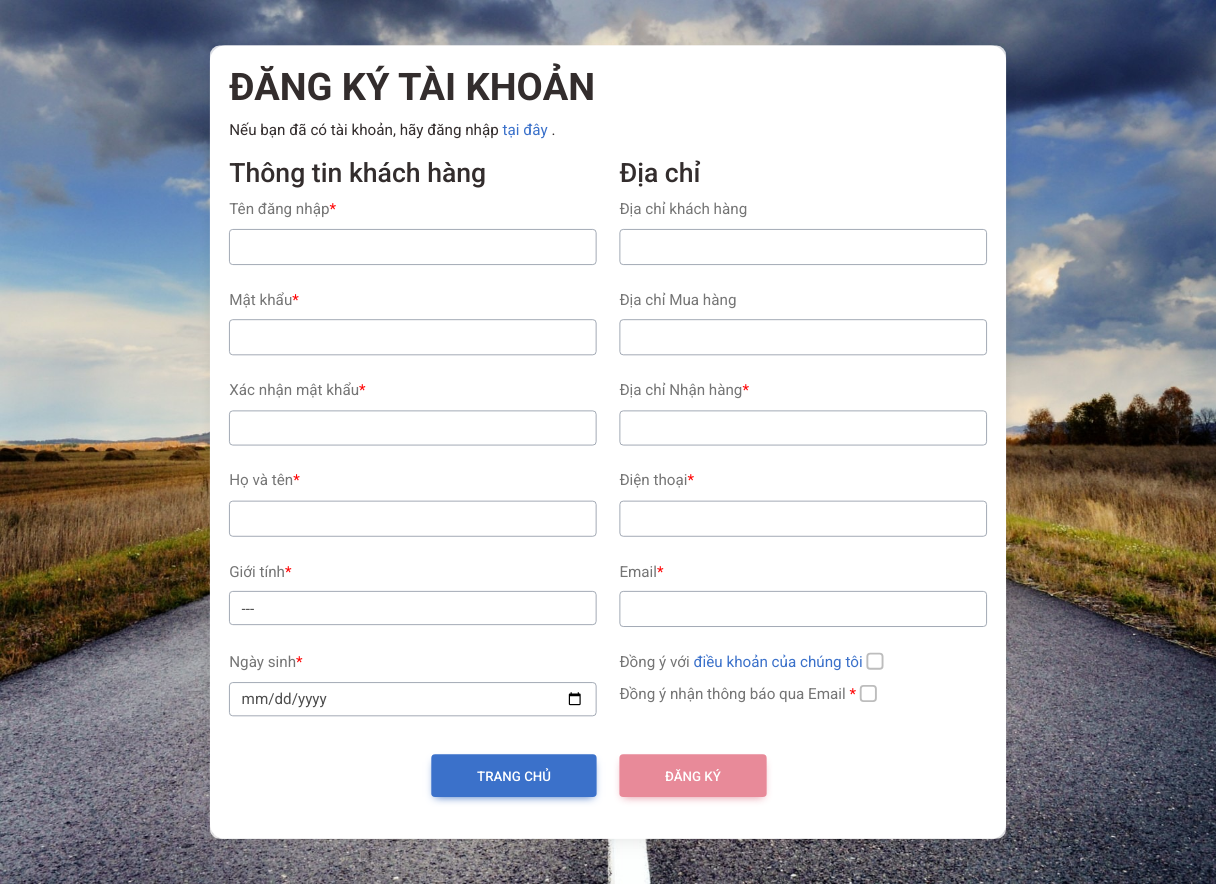
Repository: famtwendev/JSP_workspace
Page: http://localhost/Bai25_Bookstore12_TaoLayoutChoWebsite/KhachHang/dangky.jsp
An editor plug-in stored every save of this project. The page is shown before and after the next save, followed by the edit.
The browser window is 1280 px wide. The pictures show the whole page, at 95% of full size.
The page is served by Tomcat 9. Other server files are loaded and not shown. The template is opened directly, without the code that normally fills it, so the values that code supplies are empty.

Above is the page before, as saved 2024-03-25 17:35:40.
Console error: SyntaxError: Cannot use import statement outside a module

### Bai25_Bookstore12_TaoLayoutChoWebsite/src/main/webapp/KhachHang/dangky.jsp
<%@page import="model.KhachHang"%>
<%@ page language="java" contentType="text/html; charset=UTF-8" pageEncoding="UTF-8"%>
<!DOCTYPE html>
<html>
<head>
<meta charset="UTF-8">
<meta name="viewport" content="width=device-width, initial-scale=1.0" shrink-to-fit=no">
<title>Thay đổi thông tin</title>

<!-- MDB icon -->
<link rel="icon" href="img/mdb-favicon.ico" type="image/x-icon" />
<!-- Font Awesome -->
<link rel="stylesheet"
	href="https://cdnjs.cloudflare.com/ajax/libs/font-awesome/6.0.0/css/all.min.css" />
<!-- Google Fonts Roboto -->
<link rel="stylesheet"
	href="https://fonts.googleapis.com/css2?family=Roboto:wght@300;400;500;700;900&display=swap" />
<%
String url = request.getScheme() + "://" + request.getServerName() + ":" + request.getServerPort()
		+ request.getContextPath();
%>
<!-- MAIN CSS -->
<link rel="stylesheet" href="<%=url%>/css/maincs.css">
<link rel="stylesheet" href="<%=url%>/css/mdb.min.css">

<%
// Thiết lập biến session để xác định rằng trang đã được chuyển hướng từ một trang khác
session.setAttribute("redirectedFromAnotherPage", true);
%>
</head>
<body>
	<%
	Object objKH = session.getAttribute("khachHang");
	KhachHang khachHang = null;
	if (objKH != null)
		khachHang = (KhachHang) objKH;
	if (khachHang != null) {
		response.sendRedirect("./index.jsp"); // Thay "index.jsp" bằng URL của trang chính
	} else {
	%>
	<!-- Section: Design Block -->
	<section>
		<%
		String e_email = request.getAttribute("e_email") + "";
		e_email = (e_email.equals("null")) ? "" : e_email;

		String e_emailFormat = request.getAttribute("e_emailFormat") + "";
		e_emailFormat = (e_emailFormat.equals("null")) ? "" : e_emailFormat;

		String e_tenDangNhap = request.getAttribute("e_tenDangNhap") + "";
		e_tenDangNhap = (e_tenDangNhap.equals("null")) ? "" : e_tenDangNhap;

		String e_matKhau = request.getAttribute("e_matKhau") + "";
		e_matKhau = (e_matKhau.equals("null")) ? "" : e_matKhau;

		String tenDangNhap = request.getAttribute("tenDangNhap") + "";
		tenDangNhap = (tenDangNhap.equals("null")) ? "" : tenDangNhap;

		String hoVaTen = request.getAttribute("hoVaTen") + "";
		hoVaTen = (hoVaTen.equals("null")) ? "" : hoVaTen;

		String gioiTinh = request.getAttribute("gioiTinh") + "";
		gioiTinh = (gioiTinh.equals("null")) ? "" : gioiTinh;

		String ngaySinh = request.getAttribute("ngaySinh") + "";
		ngaySinh = (ngaySinh.equals("null")) ? "" : ngaySinh;

		String diaChiKhachHang = request.getAttribute("diaChiKhachHang") + "";
		diaChiKhachHang = (diaChiKhachHang.equals("null")) ? "" : diaChiKhachHang;

		String diaChiMuaHang = request.getAttribute("diaChiMuaHang") + "";
		diaChiMuaHang = (diaChiMuaHang.equals("null")) ? "" : diaChiMuaHang;

		String diaChiNhanHang = request.getAttribute("diaChiNhanHang") + "";
		diaChiNhanHang = (diaChiNhanHang.equals("null")) ? "" : diaChiNhanHang;

		String dienThoai = request.getAttribute("dienThoai") + "";
		dienThoai = (dienThoai.equals("null")) ? "" : dienThoai;

		String email = request.getAttribute("email") + "";
		email = (email.equals("null")) ? "" : email;

		String dongYNhanEmail = request.getAttribute("dongYNhanEmail") + "";
		dongYNhanEmail = (dongYNhanEmail.equals("null")) ? "" : dongYNhanEmail;
		%>
		<!-- neu block thi dung <div class = "container py-4 vh-100">  -->
		<div class="card-body py-5 h-100">
			<div class="container-fluid d-flex justify-content-center align-items-center">
				<div class="col-12 col-md-8 col-lg-6 col-xl-8">
					<div class="card text-dark" style="border-radius: 1rem;">
						<form id="myForm" class="form needs-validation m-0" action="<%=url%>/khach-hang" method="post">
							<input type="hidden" name="hanhDong" value="dang-ky">
							<h1 class="fw-bold">ĐĂNG KÝ TÀI KHOẢN</h1>
							<!-- 2 column grid layout with text inputs for the first and last names -->
							<p>
								Nếu bạn đã có tài khoản, hãy đăng nhập
								<a href="./dangnhap.jsp">tại đây</a>
								.
							</p>
							<div class="row">
								<div class="col-md-6 mb-4">
									<h3 class="mb-2">Thông tin khách hàng</h3>
									<div class="form-outline">
										<label for="tenDangNhap" class="form-label">Tên đăng nhập<span
											class="red">* <%=e_tenDangNhap%></span></label>
										<input type="text" class="form-control border border-secondary" id="tenDangNhap"
											name="tenDangNhap" required="required" value="<%=tenDangNhap%>">
									</div>
								</div>

								<div class="col-md-6 mb-4">
									<h3 class="mb-2">Địa chỉ</h3>
									<div class="form-outline">
										<label for="diaChiKhachHang" class="form-label">Địa chỉ khách hàng</label>
										<input type="text" class="form-control border border-secondary"
											id="diaChiKhachHang" name="diaChiKhachHang" value="<%=diaChiKhachHang%>">
									</div>
								</div>
							</div>


							<div class="row">
								<div class="col-md-6 mb-4">
									<div class="form-outline">
										<label for="matKhau" class="form-label">Mật khẩu<span class="red">* <%=e_matKhau%></span></label>
										<input type="password" class="form-control border border-secondary" id="matKhau"
											name="matKhau" required="required" onkeyup="kiemTraMatKhau()">
									</div>
								</div>
								<div class="col-md-6 mb-4">
									<div class="form-outline">
										<label for="diaChiMuaHang" class="form-label">Địa chỉ Mua hàng</label>
										<input type="text" class="form-control border border-secondary"
											id="diaChiMuaHang" name="diaChiMuaHang" value="<%=diaChiMuaHang%>">
									</div>
								</div>
							</div>


							<div class="row">
								<div class="col-md-6 mb-4">
									<div class="form-outline">
										<label for="matKhauNhapLai" class="form-label">Xác nhận mật khẩu<span
											class="red">*</span><span class="red" id="msg"></span>
										</label>
										<input type="password" class="form-control border border-secondary"
											id="matKhauNhapLai" name="matKhauNhapLai" required="required"
											onkeyup="kiemTraMatKhau()">
									</div>
								</div>
								<div class="col-md-6 mb-4">
									<div class="form-outline">
										<label for="diaChiNhanHang" class="form-label">Địa chỉ Nhận hàng<span
											class="red">*</span>
										</label>
										<input type="text" class="form-control border border-secondary"
											id="diaChiNhanHang" name="diaChiNhanHang" value="<%=diaChiNhanHang%>">
									</div>
								</div>
							</div>

							<div class="row">
								<div class="col-md-6 mb-4">
									<div class="form-outline">
										<label for="hoVaTen" class="form-label">Họ và tên<span class="red">*</span></label>
										<input type="text" class="form-control border border-secondary" id="hoVaTen"
											name="hoVaTen" value="<%=hoVaTen%>" required="required">
									</div>
								</div>
								<div class="col-md-6 mb-4">
									<div class="form-outline">
										<label for="dienThoai" class="form-label">Điện thoại<span class="red">*</span></label>
										<input type="tel" class="form-control border border-secondary" id="dienThoai"
											name="dienThoai" value="<%=dienThoai%>">
									</div>
								</div>
							</div>
							<div class="row">
								<div class="col-md-6 mb-4">
									<label for="gioiTinh" class="form-label">Giới tính<span class="red">*</span></label>
									<select class="form-control border border-secondary" id="gioiTinh"
										name="gioiTinh" required="required">
										<option selected disabled hidden>---</option>
										<option value="Nam" <%=(gioiTinh.equals("Nam")) ? "selected='selected'" : ""%>>Nam</option>
										<option value="Nữ" <%=(gioiTinh.equals("Nữ")) ? "selected='selected'" : ""%>>Nữ</option>
										<option value="Khác" <%=(gioiTinh.equals("Khác")) ? "selected='selected'" : ""%>>Khác</option>
									</select>
								</div>
								<div class="col-md-6 mb-4">
									<div class="form-outline">
										<label for="email" class="form-label">Email<span class="red">* <%=e_email%>
												<%=e_emailFormat%></span></label>
										<input type="email" class="form-control border border-secondary" id="email"
											name="email" value="<%=email%>">
									</div>
								</div>
							</div>
							<div class="row">
								<div class="col-md-6 mb-4">
									<label for="ngaySinh" class="form-label">Ngày sinh<span class="red">*</span></label>
									<input type="date" class="form-control border border-secondary" id="ngaySinh"
										name="ngaySinh" value="<%=ngaySinh%>" required="required">
								</div>
								<div class="col-md-6 mb-4">
									<div>
										<label for="dongYDieuKhoan" class="form-label">Đồng ý với <a href="#">điều
												khoản của chúng tôi </a>
										</label>
										<input type="checkbox" class="form-check-input" id="dongYDieuKhoan"
											name="dongYDieuKhoan">
									</div>

									<div>
										<label for="dongYNhanEmail" class="form-label">Đồng ý nhận thông báo qua
											Email <span class="red">*</span>
										</label>
										<input type="checkbox" class="form-check-input" id="dongYNhanEmail"
											name="dongYNhanEmail" <%=(dongYNhanEmail.equals("1")) ? "checked" : ""%>>
									</div>
								</div>
							</div>
							<div class="row justify-content-center align-items-center">
								<div class="col-md-6 mb-4" style="text-align: right;">
									<!-- Nút button về trang chủ -->
									<a href="../index.jsp" class="btn btn-primary btn-lg px-5 mt-3"> Trang chủ </a>
								</div>
								<!-- Sử dụng lưới bootstrap -->
								<div class="col-md-6 mb-4">
									<input class="btn btn-danger btn-lg px-5 mt-3" type="submit" value="Đăng ký"
										name="submit" id="submit" disabled>
								</div>
							</div>

						</form>
					</div>
				</div>
			</div>
		</div>
	</section>

	<!-- function js -->
	<script src="<%=url%>/js/mainjs.js"></script>

	<!-- MDB -->
	<script type="text/javascript" src="<%=url%>/js/mdb.umd.min.js"></script>
	<script type="text/javascript">// Initialization for ES Users
    import { Input, initMDB } from "mdb-ui-kit";
    initMDB({ Input });
</script>
	<%
	}
	%>
	<!-- Section: Design Block -->
	<!-- <script>
	function kiemTraMatKhau() {
		matKhau = document.getElementById("matKhau").value;
		matKhauNhapLai = document.getElementById("matKhauNhapLai").value;
		if (matKhau != matKhauNhapLai) {
			document.getElementById("msg").textContent = "  Mật khẩu không khớp!";
			return false;
		} else {
			document.getElementById("msg").textContent = "";
			return true;
		}
	}
</script>  -->
</body>
</html>

### Bai25_Bookstore12_TaoLayoutChoWebsite/src/main/webapp/css/maincs.css
@charset "UTF-8";
body {
	margin: 0;
	padding: 0;
	background-image: url(../img/background.jpg);
	/* Đường dẫn đến hình nền */
	background-size: cover;
}

.red {
	color: red;
}

form {
	background-color: rgba(255, 255, 255, 0.8); /* Màu nền trong suốt */
	margin-top: 5rem;
	padding: 20px;
	border-radius: 10px;
}

### Bai25_Bookstore12_TaoLayoutChoWebsite/src/main/webapp/js/mainjs.js
/**
 *
 */

// Gọi hàm kiểm tra dữ liệu khi tài liệu được tải hoàn toàn
document.addEventListener('DOMContentLoaded', function() {
    kiemTraDuLieu(); // Gọi hàm kiểm tra dữ liệu khi tài liệu được tải hoàn toàn

    // Gán sự kiện cho các phần tử HTML
    document.getElementById('tenDangNhap').addEventListener('keyup', kiemTraDuLieu);
    document.getElementById('matKhau').addEventListener('keyup', kiemTraDuLieu);
    document.getElementById('matKhauNhapLai').addEventListener('keyup', kiemTraDuLieu);
    document.getElementById('hoVaTen').addEventListener('keyup', kiemTraDuLieu);
    document.getElementById('gioiTinh').addEventListener('change', kiemTraDuLieu);
    document.getElementById('ngaySinh').addEventListener('change', kiemTraDuLieu);
    document.getElementById('diaChiNhanHang').addEventListener('keyup', kiemTraDuLieu);
    document.getElementById('dienThoai').addEventListener('keyup', kiemTraDuLieu);
    document.getElementById('email').addEventListener('keyup', kiemTraDuLieu);
    document.getElementById('dongYDieuKhoan').addEventListener('change', kiemTraDuLieu);
});

// Hàm kiểm tra dữ liệu
function kiemTraDuLieu() {
    // Kiểm tra dữ liệu và điều chỉnh thuộc tính disabled cho nút submit
    var tenDangNhap = document.getElementById('tenDangNhap').value;
    var matKhau = document.getElementById('matKhau').value;
    var matKhauNhapLai = document.getElementById('matKhauNhapLai').value;
    var hoVaTen = document.getElementById('hoVaTen').value;
    var gioiTinh = document.getElementById('gioiTinh').value;
    var ngaySinh = document.getElementById('ngaySinh').value;
    var diaChiNhanHang = document.getElementById('diaChiNhanHang').value;
    var dienThoai = document.getElementById('dienThoai').value;
    var email = document.getElementById('email').value;
    var dongYDieuKhoan = document.getElementById('dongYDieuKhoan').checked;


    if (tenDangNhap.trim() !== '' && matKhau.trim() !== '' && matKhauNhapLai.trim() !== '' &&
        hoVaTen.trim() !== '' && gioiTinh.trim() !== '' && ngaySinh.trim() !== '' &&
        diaChiNhanHang.trim() !== '' && dienThoai.trim() !== '' && email.trim() !== '' &&
        dongYDieuKhoan && kiemTraMatKhau()) {
        document.getElementById('submit').removeAttribute('disabled');
    } else {
        document.getElementById('submit').setAttribute('disabled', 'disabled');
    }
}


function kiemTraMatKhau() {
	matKhau = document.getElementById("matKhau").value;
	matKhauNhapLai = document.getElementById("matKhauNhapLai").value;
	if (matKhau != matKhauNhapLai) {
		document.getElementById("msg").textContent = "  Mật khẩu không khớp!";
		return false;
	} else {
		document.getElementById("msg").textContent = "";
		return true;
	}
}

Loaded but not shown: Bai25_Bookstore12_TaoLayoutChoWebsite/src/main/webapp/css/mdb.min.css (library); Bai25_Bookstore12_TaoLayoutChoWebsite/src/main/webapp/js/mdb.umd.min.js (library)

After the next save:
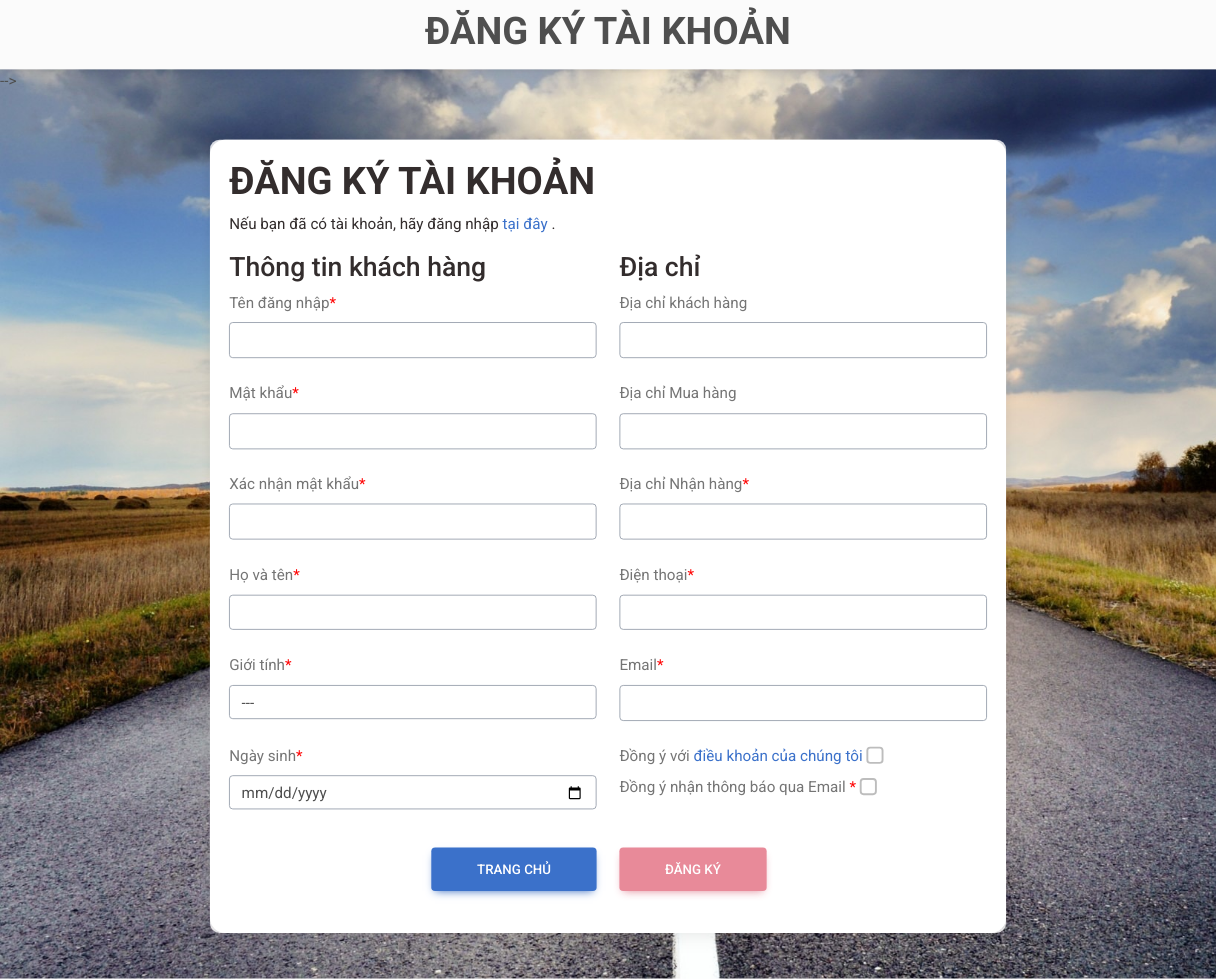
Saved 9 s later.
--- a/Bai25_Bookstore12_TaoLayoutChoWebsite/src/main/webapp/KhachHang/dangky.jsp
+++ b/Bai25_Bookstore12_TaoLayoutChoWebsite/src/main/webapp/KhachHang/dangky.jsp
@@ -83,6 +83,15 @@
 		String dongYNhanEmail = request.getAttribute("dongYNhanEmail") + "";
 		dongYNhanEmail = (dongYNhanEmail.equals("null")) ? "" : dongYNhanEmail;
 		%>
+<!-- 		<!-- Header -->
+		<nav class="navbar navbar-expand-lg navbar-light bg-light">
+			<div class="container-fluid justify-content-center align-items-center">
+				<div>
+					<h1 class="fw-bold">ĐĂNG KÝ TÀI KHOẢN</h1>
+				</div>
+			</div>
+
+		</nav> -->
 		<!-- neu block thi dung <div class = "container py-4 vh-100">  -->
 		<div class="card-body py-5 h-100">
 			<div class="container-fluid d-flex justify-content-center align-items-center">

After the save that followed:
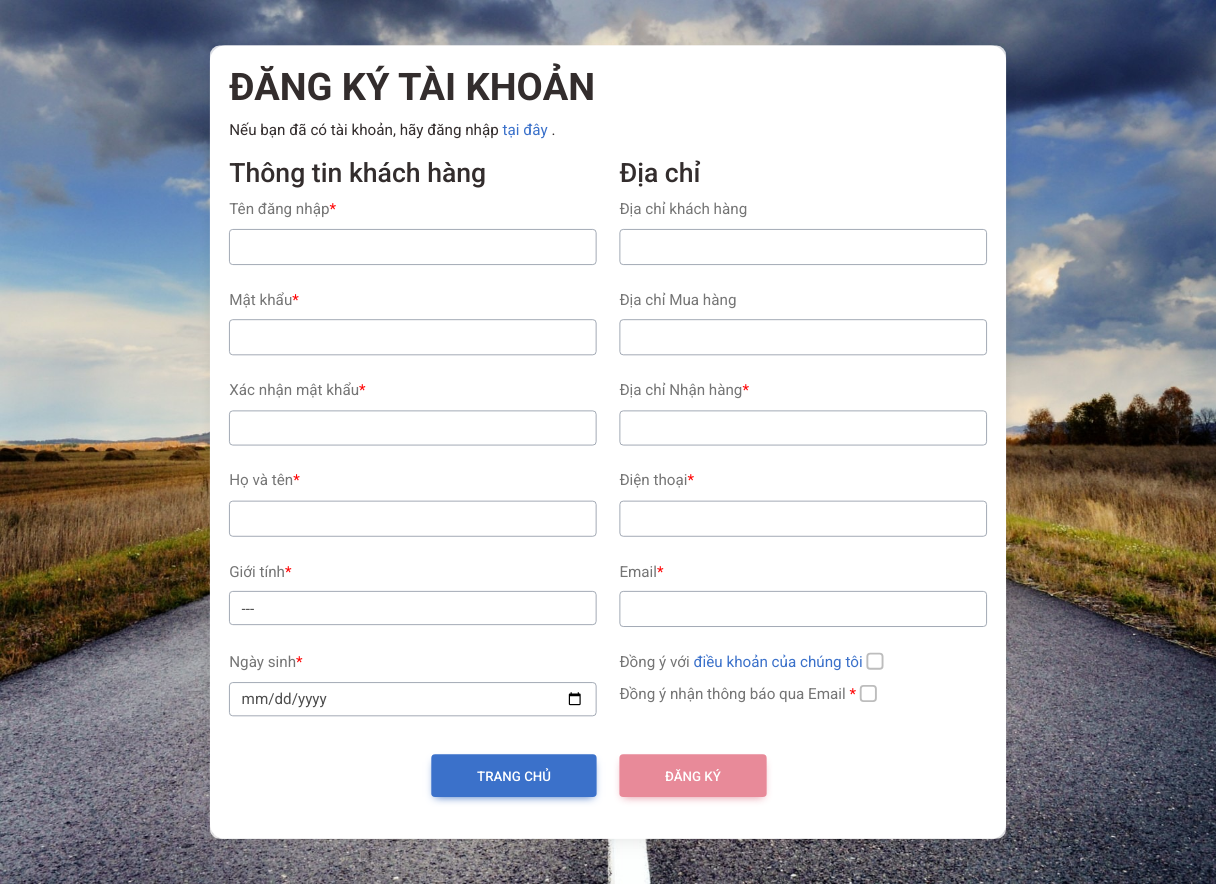
Saved 21 s later.
--- a/Bai25_Bookstore12_TaoLayoutChoWebsite/src/main/webapp/KhachHang/dangky.jsp
+++ b/Bai25_Bookstore12_TaoLayoutChoWebsite/src/main/webapp/KhachHang/dangky.jsp
@@ -83,15 +83,7 @@
 		String dongYNhanEmail = request.getAttribute("dongYNhanEmail") + "";
 		dongYNhanEmail = (dongYNhanEmail.equals("null")) ? "" : dongYNhanEmail;
 		%>
-<!-- 		<!-- Header -->
-		<nav class="navbar navbar-expand-lg navbar-light bg-light">
-			<div class="container-fluid justify-content-center align-items-center">
-				<div>
-					<h1 class="fw-bold">ĐĂNG KÝ TÀI KHOẢN</h1>
-				</div>
-			</div>
-
-		</nav> -->
+
 		<!-- neu block thi dung <div class = "container py-4 vh-100">  -->
 		<div class="card-body py-5 h-100">
 			<div class="container-fluid d-flex justify-content-center align-items-center">
